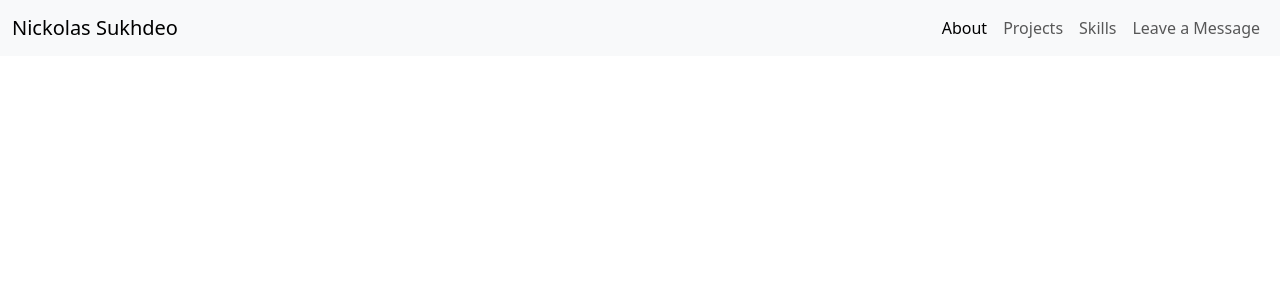
Repository: nlsukhde/porfolio
Page: index.html
An editor plug-in stored every save of this project. The page is shown before and after the next save, followed by the edit.
The browser window is 1280 px wide. The pictures show the whole page.

Above is the page before, as saved 2025-06-19 17:21:41.

### index.html
<!DOCTYPE html>
<html lang="en">
<head>
    <meta charset="UTF-8">
    <meta name="viewport" content="width=device-width, initial-scale=1.0">

    <!-- Google Fonts -->
    <link rel="preconnect" href="https://fonts.googleapis.com">
    <link rel="preconnect" href="https://fonts.gstatic.com" crossorigin>
    <link href="https://fonts.googleapis.com/css2?family=Fira+Code:wght@300..700&family=Raleway:ital,wght@0,100..900;1,100..900&family=Roboto+Condensed:ital,wght@0,100..900;1,100..900&display=swap" rel="stylesheet">

    <!-- Your CSS (must come after fonts) -->
    <link rel="stylesheet" href="app.css">

    <!-- Bootstrap CSS -->
    <link href="https://cdn.jsdelivr.net/npm/bootstrap@5.3.7/dist/css/bootstrap.min.css" rel="stylesheet" integrity="sha384-LN+7fdVzj6u52u30Kp6M/trliBMCMKTyK833zpbD+pXdCLuTusPj697FH4R/5mcr" crossorigin="anonymous">

    <title>Nickolas Sukhdeo Portfolio</title>
</head>

<body>
    <script src="https://cdn.jsdelivr.net/npm/bootstrap@5.3.7/dist/js/bootstrap.bundle.min.js" integrity="sha384-ndDqU0Gzau9qJ1lfW4pNLlhNTkCfHzAVBReH9diLvGRem5+R9g2FzA8ZGN954O5Q" crossorigin="anonymous"></script>

    <nav class="navbar navbar-expand-lg bg-body-tertiary">
  <div class="container-fluid">
    <a class="navbar-brand" href="#">Nickolas Sukhdeo</a>
    <button class="navbar-toggler" type="button" data-bs-toggle="collapse" data-bs-target="#navbarNav" aria-controls="navbarNav" aria-expanded="false" aria-label="Toggle navigation">
      <span class="navbar-toggler-icon"></span>
    </button>
    <div class="collapse navbar-collapse" id="navbarNav">
      <ul class="navbar-nav ms-auto">
        <li class="nav-item">
          <a class="nav-link active" aria-current="page" href="#">About</a>
        </li>
        <li class="nav-item">
          <a class="nav-link" href="#">Projects</a>
        </li>
        <li class="nav-item">
          <a class="nav-link" href="#">Skills</a>
        </li>
        <li class="nav-item">
          <a class="nav-link" >Leave a Message</a>
        </li>
      </ul>
    </div>
  </div>
</nav>
</body>
</html>

### app.css
:root {
  --color-bg: #F9F7F7;
  --color-accent: #DBE2EF;
  --color-text: #3F72AF;
  --color-bg-secondary: #112D4E;
}


body{
  background-color: var(--color-bg);
  color: var(--color-text);
  font-family: "Fira Code", monospace;
}

After the next save:
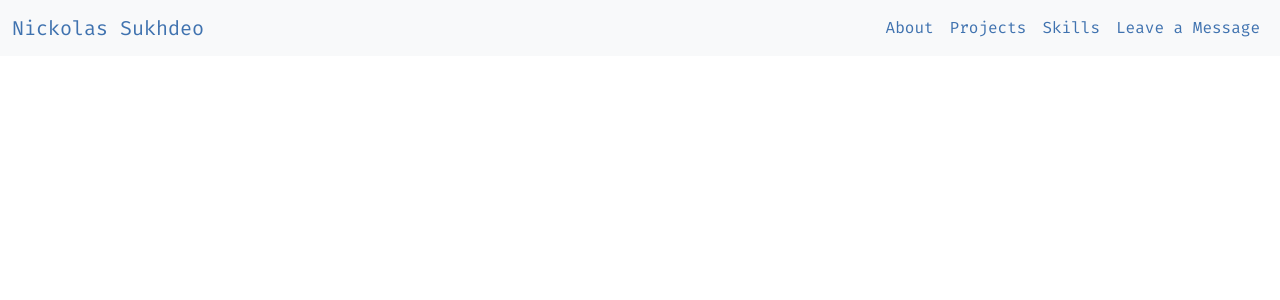
Saved 28 s later.
--- a/app.css
+++ b/app.css
@@ -11,3 +11,12 @@
   color: var(--color-text);
   font-family: "Fira Code", monospace;
 }
+
+.navbar, .navbar-brand, .nav-link {
+  font-family: "Fira Code", monospace !important;
+  color: var(--color-text) !important;
+}
+
+.navbar {
+  background-color: var(--color-bg-secondary) !important;
+}
